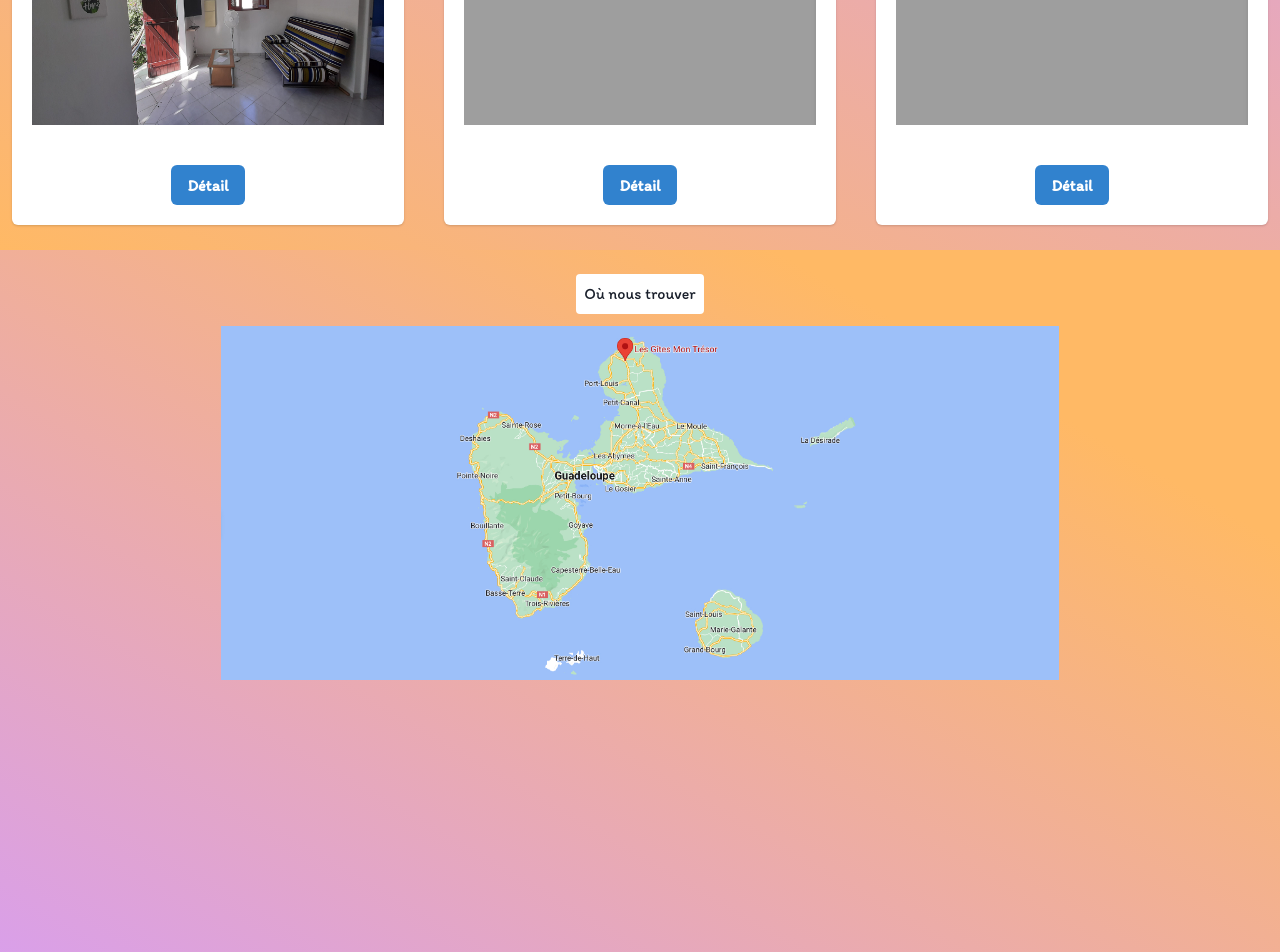
Repository: All-Khwarizmi/gites-v2
Page: /
The author's editor kept a copy of each file at every save. The page is drawn from the files as they stood at one save, then again after the next save.
The browser window is 1280 px wide. The pictures show the part of the page from y = 1190 to 2142 px (the page is 2160 px tall).
Pictures or frames that could not be fetched are drawn as grey boxes. The project was rebuilt for these pictures with package versions that can differ from the ones it lists, and the page was loaded fresh each time. The framework's server and built-in components were replaced by stand-ins that run in the browser. Also part of the build but not shown: next.config.js, next.config.mjs.

Above is the page before, as saved 2023-02-03 19:15:45.

### src/pages/_app.tsx
import { type AppType } from "next/dist/shared/lib/utils";
import { ChakraProvider } from "@chakra-ui/react";
import Layout from "../components/Layout";
import { Itim } from "@next/font/google";
import Navbar from "../components/Navbar";

import "../styles/globals.css";
import Head from "next/head";

const inter = Itim({ weight: "400", subsets: ["latin"] });

const MyApp: AppType = ({ Component, pageProps }) => {
  return (
    <ChakraProvider>
      <Head>
        <title>Gîtes Mon Tresor</title>
        <meta
          name="viewport"
          /* content="width=device-width, initial-scale=1.0, maximum-scale=1.0,user-scalable=0" */
          content="viewport-fit=cover"
        />
        <meta name="title" content="Gîtes Mon Tresor" />

        <meta
          name="description"
          content="Gîtes accueillants et chaleureux en Guadeloupe, Anse Bertrand. Venez en famille ou en amoureux profiter des plaisirs qu'offre l'île. "
        />
        <meta property="og:image" content="/IMG_0318.JPG" key="ogimage" />
      </Head>

      <main className={inter.className}>
        <Component {...pageProps} />
      </main>
    </ChakraProvider>
  );
};

export default MyApp;

### src/pages/index.tsx
import { type NextPage } from "next";
import Head from "next/head";
import Link from "next/link";
import Test from "./Test";
import styles from '../styles/Home.module.scss'

const Home: NextPage = () => {
  return (
    <>
      <Test />
    </>
  );
};

export default Home;

### src/styles/globals.css
@tailwind base;
@tailwind components;
@tailwind utilities;

:root {
  --colorOne: #ffb965;
  --colorTwo: #d99feb;
  --color3: #ffbf5b;
  --color4: #31b7cf;
}
* {
  margin: 0;
  padding: 0;
}
body {
  width: 100vw;
  height: 100vh;
  box-sizing: border-box;
}

.test {
  width: 100%;
}

#myVideo {
  object-fit: cover;

  min-height: 100vh;
  position: relative;
  z-index: -1;
  bottom: 0;
  right: 0;
}

.section {
  background-image: linear-gradient(
    27deg,
    var(--colorOne) 0%,
    var(--colorTwo) 100%
  );
  margin-top: 0;
  position: relative;
}
.section-2 {
  background-image: linear-gradient(
    30deg,
   var(--colorTwo) 0%,
    var(--colorOne) 80%
  );
  margin-top: 0;
  position: relative;
}


.card-1 {
  background-color: inherit;
  padding: 3rem;
  width: 100%;
}
.nav {
  position: fixed;
  z-index: 5;


}

### src/pages/Test.tsx
import { AppType } from "next/app";
import {
  Card,
  CardHeader,
  ButtonGroup,
  Button,
  CardBody,
  CardFooter,
  Stack,
  Image,
  Heading,
  Text,
  Divider,
  Flex,
} from "@chakra-ui/react";
import Carousel from "../components/Carousel";
import { Component, useEffect, useRef, useState } from "react";
import Localisation from "../components/Localisation";
import Navbar from "../components/Navbar";

const Test = () => {
  const divPosition: any = useRef(null);


  const slidesPalmier = [
    {
      img: "/Gite Palmier/1.jpg",
    },
    {
      img: "/Gite Palmier/2.jpg",
    },
    {
      img: "/Gite Palmier/3.jpg",
    },
    {
      img: "/Gite Palmier/4.jpg",
    },
    {
      img: "/Gite Palmier/5.jpg",
    },
    {
      img: "/Gite Palmier/6.jpg",
    },
    {
      img: "/Gite Palmier/7.jpg",
    },
    {
      img: "/Gite Palmier/9087556.jpg",
    },
  ];
  const slidesAnanas = [
    {
      img: "/Gite Ananas/1.jpg",
    },
    {
      img: "/Gite Ananas/2.jpg",
    },
    {
      img: "/Gite Ananas/3.jpg",
    },
    {
      img: "/Gite Ananas/4.jpg",
    },
    {
      img: "/Gite Ananas/5.jpg",
    },
    {
      img: "/Gite Ananas/6.jpg",
    },
    {
      img: "/Gite Ananas/20191231_100325.jpg",
    },
    {
      img: "/Gite Ananas/20200325_100606.jpg",
    },
  ];
  const slidesKawan = [
    {
      img: "/Gite Kawan/1.jpg",
    },
    {
      img: "/Gite Kawan/2.jpg",
    },
    {
      img: "/Gite Kawan/3.jpg",
    },
    {
      img: "/Gite Kawan/4.jpg",
    },

    {
      img: "/Gite Kawan/6.jpg",
    },
    {
      img: "/Gite Kawan/7.jpg",
    },
    {
      img: "/Gite Kawan/8.jpg",
    },
    {
      img: "/Gite Kawan/9.jpg",
    },
    {
      img: "/Gite Kawan/10.jpg",
    },
    {
      img: "/Gite Kawan/11.jpg",
    },
    {
      img: "/Gite Kawan/12.jpg",
    },
    {
      img: "/Gite Kawan/13.jpg",
    },
    {
      img: "/Gite Kawan/14.jpg",
    },
    {
      img: "/Gite Kawan/15.jpg",
    },
  ];

  return (
    <>
      <main>
        <Navbar position={divPosition} />
        <div className="test">
          <section className="test">
            <video
              autoPlay
              playsInline
              muted
              loop
              id="myVideo"
              poster="/Gite Kawan/1.jpg"
            >
              <source src={"/Mon film.mp4"} type="video/mp4" />
            </video>
          </section>
          <div className="section h-screen">
            <section ref={divPosition} className="section h-full">
              <div className="card-1 flex-column flex justify-center">
                <Card maxW={"900px"}>
                  <Heading className="flex-column flex justify-center p-2">
                    <p> Bienvenue en Guadeloupe !</p>
                  </Heading>
                  <CardBody>
                    <Text className="welcome-text">
                      Pour des vacances au soleil, sur des plages de sable blanc
                      ou de belles balades dans une verdure luxuriante : les
                      Gîtes Mon Trésor vous assurent un dépaysement total. Loin
                      des grandes structures touristiques, dans un jardin calme
                      et ventilé avec piscine sécurisée, Catherine et Laurent,
                      originaires de Normandie, vous accueillent toute l’année
                      dans leurs gîtes situés sur la commune d'ANSE-BERTRAND, à
                      3 km des plages et de tous commerces. Nous avons l'énorme
                      chance de n'avoir jamais de sargasses sur nos plages les
                      plus proches. Bonne visite !
                    </Text>
                  </CardBody>
                </Card>
              </div>

              <div className="grid  grid-flow-row justify-center gap-4 md:grid-flow-col ">
                <Card maxW="lg" m={3}>
                  <Stack mt="6" spacing="3">
                    <Heading textAlign={"center"} size="md">
                      Gîte Palmier
                    </Heading>
                  </Stack>
                  <CardBody>
                    <Carousel slides={slidesPalmier} />
                  </CardBody>
                  <Flex align="center" justify="center">
                    <CardFooter>
                      <Button variant="solid" colorScheme="blue">
                        Détail
                      </Button>
                    </CardFooter>
                  </Flex>
                </Card>
                <Card maxW="lg" m={3}>
                  <Stack mt="6" spacing="3">
                    <Heading textAlign={"center"} size="md">
                      Gîte Ananas
                    </Heading>
                  </Stack>
                  <CardBody>
                    <Carousel slides={slidesAnanas} />
                  </CardBody>
                  <Flex align="center" justify="center">
                    <CardFooter>
                      <Button variant="solid" colorScheme="blue">
                        Détail
                      </Button>
                    </CardFooter>
                  </Flex>
                </Card>
                <Card maxW="lg" m={3}>
                  <Stack mt="6" spacing="3">
                    <Heading textAlign={"center"} size="md">
                      Gîte Kawan
                    </Heading>
                  </Stack>
                  <CardBody>
                    <Carousel slides={slidesKawan} />
                  </CardBody>
                  <Flex align="center" justify="center">
                    <CardFooter>
                      <Button variant="solid" colorScheme="blue">
                        Détail
                      </Button>
                    </CardFooter>
                  </Flex>
                </Card>
              </div>


            </section>
          </div>
          <div className="h-screen section-2">
            <Localisation />
          </div>
        </div>
      </main>
    </>
  );
};

export default Test;

### src/components/Carousel.tsx
import React from 'react'
import { useEffect, useState } from 'react';
import { Flex, Box, Text, Image } from '@chakra-ui/react';

const Carousel = ({slides}: any) => {

  const slides1 = [
    {
      img: "/Gîte Palmier/1.jpg",
    },
    {
      img: "/Gîte Palmier/2.jpg",
    },
    {
      img: "/Gîte Palmier/3.jpg",
    },
    {
      img: "/Gîte Palmier/4.jpg",
    },
    {
      img: "/Gîte Palmier/5.jpg",
    },
    {
      img: "/Gîte Palmier/6.jpg",
    },
    {
      img: "/Gîte Palmier/7.jpg",
    },
    {
      img: "/Gîte Palmier/9087556.jpg",
    },

  ];
  const [currentSlide, setCurrentSlide] = useState(0);
  const slidesCount = slides.length;
  const carouselStyle = {
    transition: "all .5s",
    ml: `-${currentSlide * 100}%`,
  };
  const SLIDES_INTERVAL_TIME = 3000;
  const ANIMATION_DIRECTION = "right";
  useEffect(() => {
    const prevSlide = () => {
      setCurrentSlide((s) => (s === 0 ? slidesCount - 1 : s - 1));
    };

    const nextSlide = () => {
      setCurrentSlide((s) => (s === slidesCount - 1 ? 0 : s + 1));
 };

    const automatedSlide = setInterval(() => {
      ANIMATION_DIRECTION.toLowerCase() === "left" ? prevSlide() : nextSlide();
    }, SLIDES_INTERVAL_TIME);
    return () => clearInterval(automatedSlide);
  }, [slidesCount]);
  return (
    <Flex
      w="full"
      bg="#edf3f8"
      _dark={{
        bg: "#3e3e3e",
      }}

      alignItems="center"
      justifyContent="center"
    >
      <Flex w="full" overflow="hidden">
        <Flex pos="relative" h="200px" w="full" {...carouselStyle}>
          {slides.map((slide: any, sid: any) => (
            <Box key={`slide-${sid}`} flex="none" boxSize="full" shadow="md">
              <Text
                color="white"
                fontSize="xs"
                p="8px 12px"
                pos="absolute"
                top="0"
                whiteSpace="nowrap"
              >
                {sid + 1} / {slidesCount}
              </Text>
              <Image
                src={slide.img}
                alt="carousel image"
                boxSize="full"
                backgroundSize="cover"
              />
            </Box>
          ))}
        </Flex>
      </Flex>
    </Flex>
  );
};



export default Carousel

### src/components/Localisation.tsx
import React from "react";
import Link from "next/link";

const Localisation = () => {
  const coordinates: string =
    "Les+Gîtes+Mon+Trésor/@16.4645544,-61.4825254,17z";
  const baseUrl: string =
    "https://www.google.com/maps/search/?api=1&query=Les+Gîtes+Mon+Trésor+Anse+Bertrand/";
  return (
    <>
      <div className="location align-center flex items-center justify-center p-3"></div>
      <div className="section-location flex  justify-center">
        <p className="text-extra-bold w-30 rounded bg-white p-2">
          Où nous trouver
        </p>
      </div>

      <div className="location p-3">
        <a
          className="align-center flex items-center justify-center"
          target="_blank"
          href={baseUrl}
        >
          <img
            className="w-2/3"
            src="./IMG_0537.JPG"
            alt="carte de la Guadeloupe"
          />
        </a>
      </div>
    </>
  );
};

export default Localisation;

### src/components/Navbar.tsx
import { useEffect, useState, useRef } from "react";

function NavLink({ to, children }: any) {
  return (
    <a href={to} className={`mx-4`}>
      {children}
    </a>
  );
}

function MobileNav({ open, setOpen }: any) {
  return (
    <div
      className={`absolute top-0 left-0 h-screen w-screen transform bg-white ${
        open ? "-translate-x-0" : "-translate-x-full"
      } drop-shadow-md filter transition-transform duration-300 ease-in-out `}
    >
      <div className="flex h-20 items-center justify-center bg-white drop-shadow-md filter">
        {" "}
        {/*logo container*/}
        <a className="text-2xl font-semibold" href="/">
          <img
            className="w-24 hover:w-32"
            src="/IMG_0318.JPG"
            alt="Gîtes Mon Tresor Logo"
          />
        </a>
      </div>
      <div className="ml-4 flex flex-col">
        <a
          className="my-4 text-xl font-medium"
          href="#"
          onClick={() =>
            setTimeout(() => {
              setOpen(!open);
            }, 100)
          }
        >
          Accueil
        </a>
        <a
          className="my-4 text-xl font-normal"
          href="#"
          onClick={() =>
            setTimeout(() => {
              setOpen(!open);
            }, 100)
          }
        >
          Gîtes
        </a>
        <a
          className="my-4 text-xl font-normal"
          href="#"
          onClick={() =>
            setTimeout(() => {
              setOpen(!open);
            }, 100)
          }
        >
          Localisation
        </a>
        <a
          className="my-4 text-xl font-normal"
          href="#"
          onClick={() =>
            setTimeout(() => {
              setOpen(!open);
            }, 100)
          }
        >
          Tarifs
        </a>
        <a
          className="my-4 text-xl font-normal"
          href="#"
          onClick={() =>
            setTimeout(() => {
              setOpen(!open);
            }, 100)
          }
        >
          Contact
        </a>
        <a
          className="my-4 text-xl font-normal"
          href="#"
          onClick={() =>
            setTimeout(() => {
              setOpen(!open);
            }, 100)
          }
        >
          Partenariats
        </a>
      </div>
    </div>
  );
}

export default function Navbar({ position }: any) {
  const [open, setOpen] = useState(false);
  const [color, setColor] = useState(" ");
  const [colorFont, setColorFont] = useState(" ");
  const [offset, setOffset] = useState(0);


  useEffect(() => {
    const onScroll = () => setOffset(window.pageYOffset);
    // clean up code
    window.removeEventListener("scroll", onScroll);
    window.addEventListener("scroll", onScroll, { passive: true });
    if (position?.current?.getBoundingClientRect().top < 80) {
      setColor("bg-white");
      setColorFont("text-black");
    } else {
      setColor(" ");
      setColorFont("text-white");
    }
    return () => window.removeEventListener("scroll", onScroll);
  }, [offset]);

  const style = { backgroundColor: color, color: colorFont };
  return (
    <nav
      className={`nav flex h-20 w-full items-center gap-4 ${style.backgroundColor}  px-4 py-4 drop-shadow-md filter`}
    >
      <MobileNav open={open} setOpen={setOpen} />
      <div className="flex w-3/12 items-center">
        <a className="text-2xl font-semibold" href="/">
          <img
            className="w-24 hover:w-32"
            src="/IMG_0318.JPG"
            alt="Gîtes Mon Tresor Logo"
          />
        </a>
      </div>
      <div className="flex w-9/12 items-center justify-end">
        <div
          className="relative z-50 flex h-8 w-8 flex-col items-center justify-between md:hidden"
          onClick={() => {
            setOpen(!open);
          }}
        >
          {/* hamburger button */}
          <span
            className={`h-1 w-full transform rounded-lg bg-black transition duration-300 ease-in-out ${
              open ? "translate-y-3.5 rotate-45" : ""
            }`}
          />
          <span
            className={`h-1 w-full rounded-lg bg-black transition-all duration-300 ease-in-out ${
              open ? "w-0" : "w-full"
            }`}
          />
          <span
            className={`h-1 w-full transform rounded-lg bg-black transition duration-300 ease-in-out ${
              open ? "-translate-y-3.5 -rotate-45" : ""
            }`}
          />
        </div>

        <div className="hidden md:flex">
          <ul className="flex justify-items-center gap-x-3">
            <li className="mr-6">
              <a
                className={` flex-initial text-2xl ${style.color} text-justify   hover:underline`}
                href="#"
              >
                Accueil
              </a>
            </li>
            <li className="mr-6">
              <a
                className={` flex-initial text-2xl ${style.color} text-justify   hover:underline`}
                href="#"
              >
                Gîtes
              </a>
            </li>
            <li className="mr-6">
              <a
                className={` flex-initial text-2xl ${style.color} text-justify   hover:underline`}
                href="#"
              >
                Localisation
              </a>
            </li>
            <li className="mr-6">
              <a
                className={` flex-initial text-2xl ${style.color} text-justify   hover:underline`}
                href="#"
              >
                Tarifs
              </a>
            </li>
            <li className="mr-6">
              <a
                className={` flex-initial text-2xl ${style.color} text-justify   hover:underline`}
                href="#"
              >
                Contact
              </a>
            </li>
            <li className="mr-6">
              <a
                className={` flex-initial text-2xl ${style.color} text-justify   hover:underline`}
                href="#"
              >
                Partenariats
              </a>
            </li>
          </ul>
        </div>
      </div>
    </nav>
  );
}

Loaded but not shown: tailwind.config.cjs (common file)

After the next save:
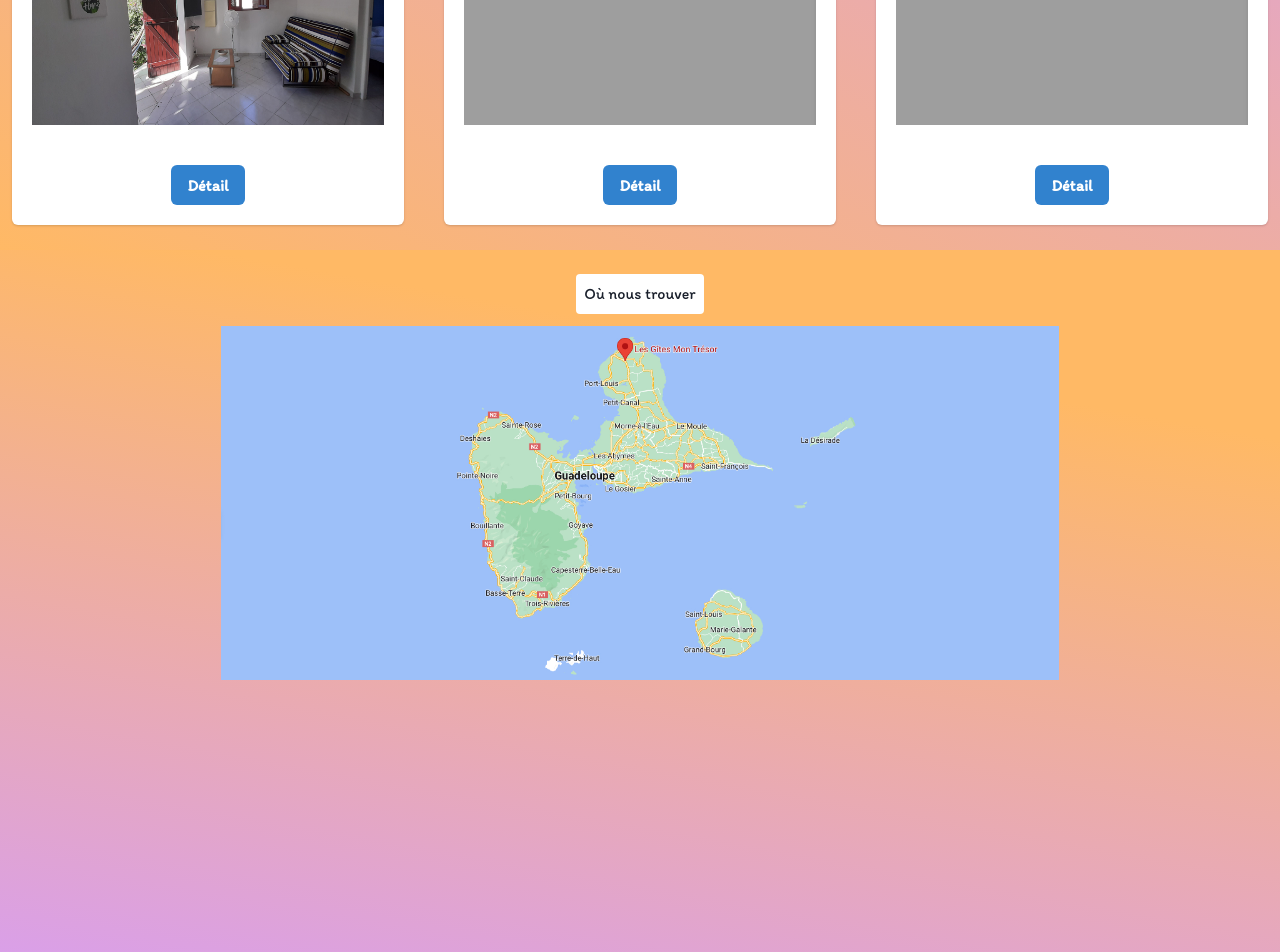
Saved 17 s later.
--- a/src/styles/globals.css
+++ b/src/styles/globals.css
@@ -43,7 +43,7 @@ body {
 }
 .section-2 {
   background-image: linear-gradient(
-    30deg,
+    10deg,
    var(--colorTwo) 0%,
     var(--colorOne) 80%
   );
